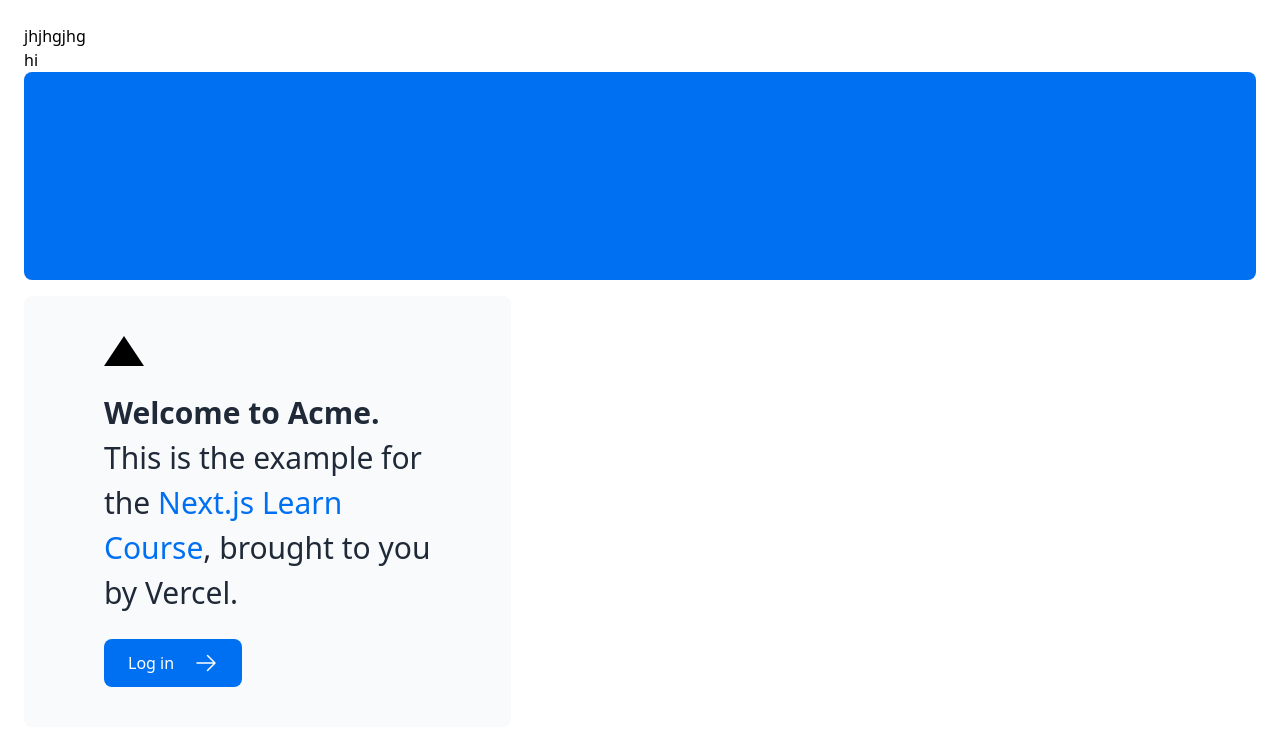
Repository: ShifanaFacts/NextjsTest1
Page: /
The author's editor kept a copy of each file at every save. The page is drawn from the files as they stood at one save, then again after the next save.
The browser window is 1280 px wide. The pictures show the whole page.
The project was rebuilt for these pictures with package versions that can differ from the ones it lists, and the page was loaded fresh each time. The framework's server and built-in components were replaced by stand-ins that run in the browser. Also part of the build but not shown: next.config.js, app/ui/home.module.css.

Above is the page before, as saved 2023-11-07 16:06:25.

After the next save:
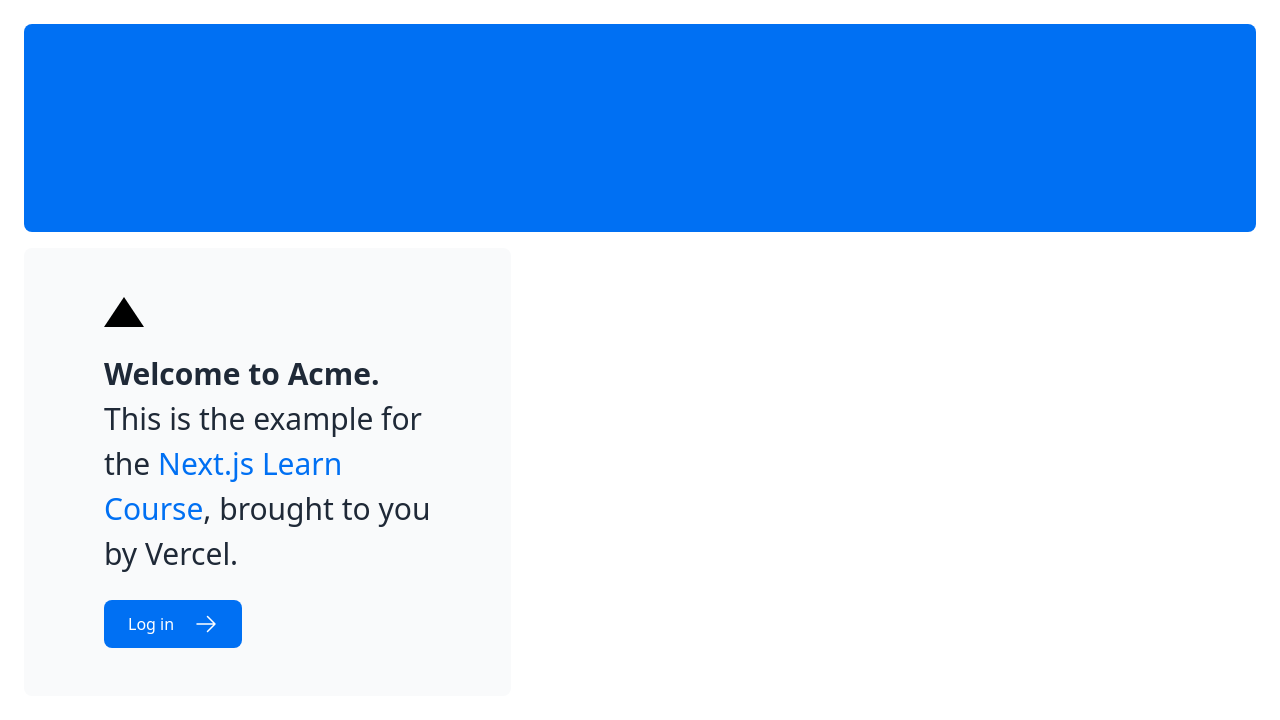
Saved 36 s later.
--- a/app/page.tsx
+++ b/app/page.tsx
@@ -6,8 +6,8 @@
 export default function Page() {
   return (
     <main className="flex min-h-screen flex-col p-6">
-      jhjhgjhg
-      <div className={styles.shape}>hi</div>
+
+      <div className={styles.shape}></div>
       <div className="flex h-20 shrink-0 items-end rounded-lg bg-blue-500 p-4 md:h-52">
         {/* <AcmeLogo /> */}
       </div>
